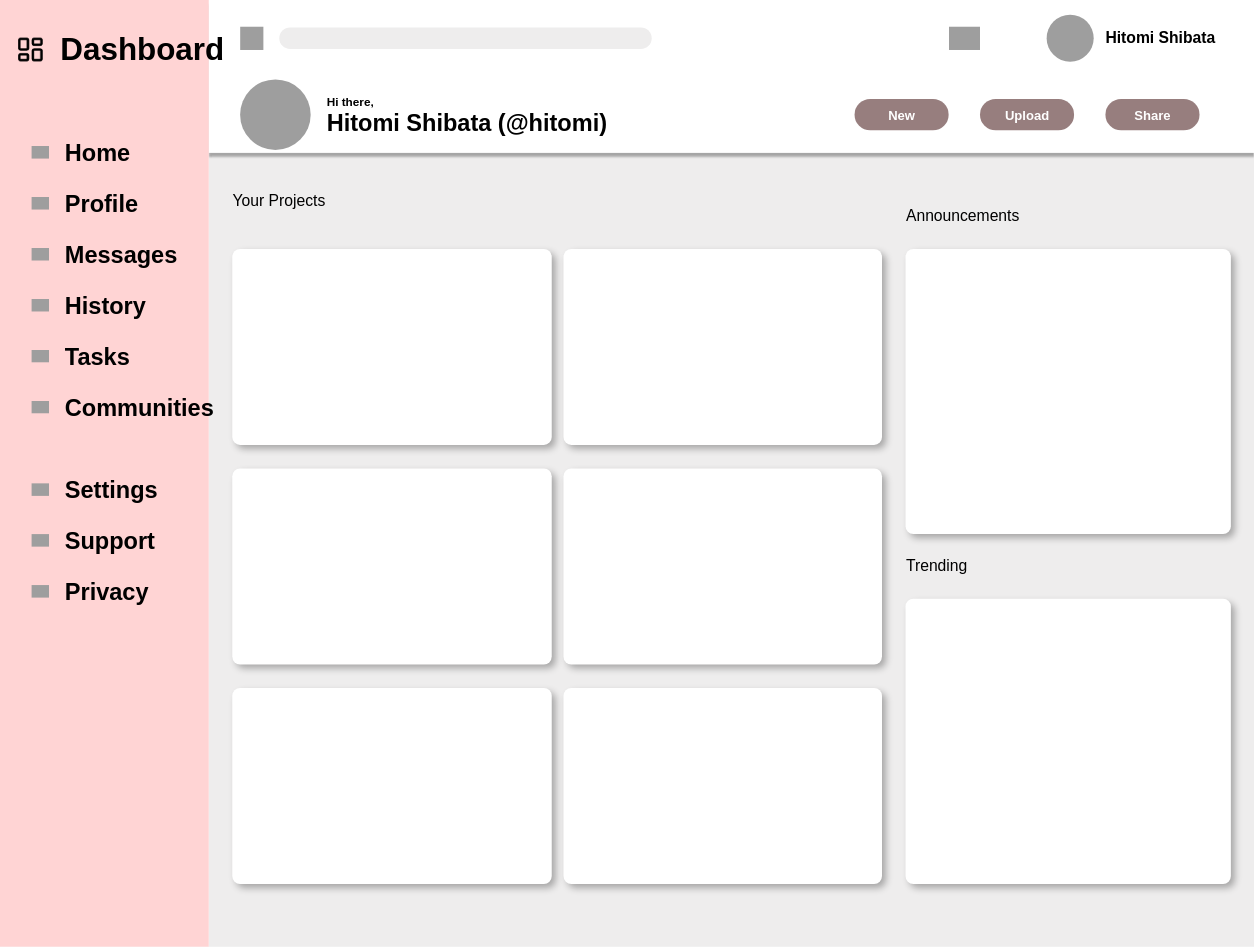
Repository: yeetzpxoci/dashboard
Page: index.html
These files come from the project's save history. The page is drawn as it stood at one moment and after the next save; the edit follows.
The browser window is 1280 px wide. The pictures show the whole page, at 98% of full size.
Pictures or frames that could not be fetched are drawn as grey boxes.

Above is the page before, as saved 2023-02-19 13:13:30.

After the next save:
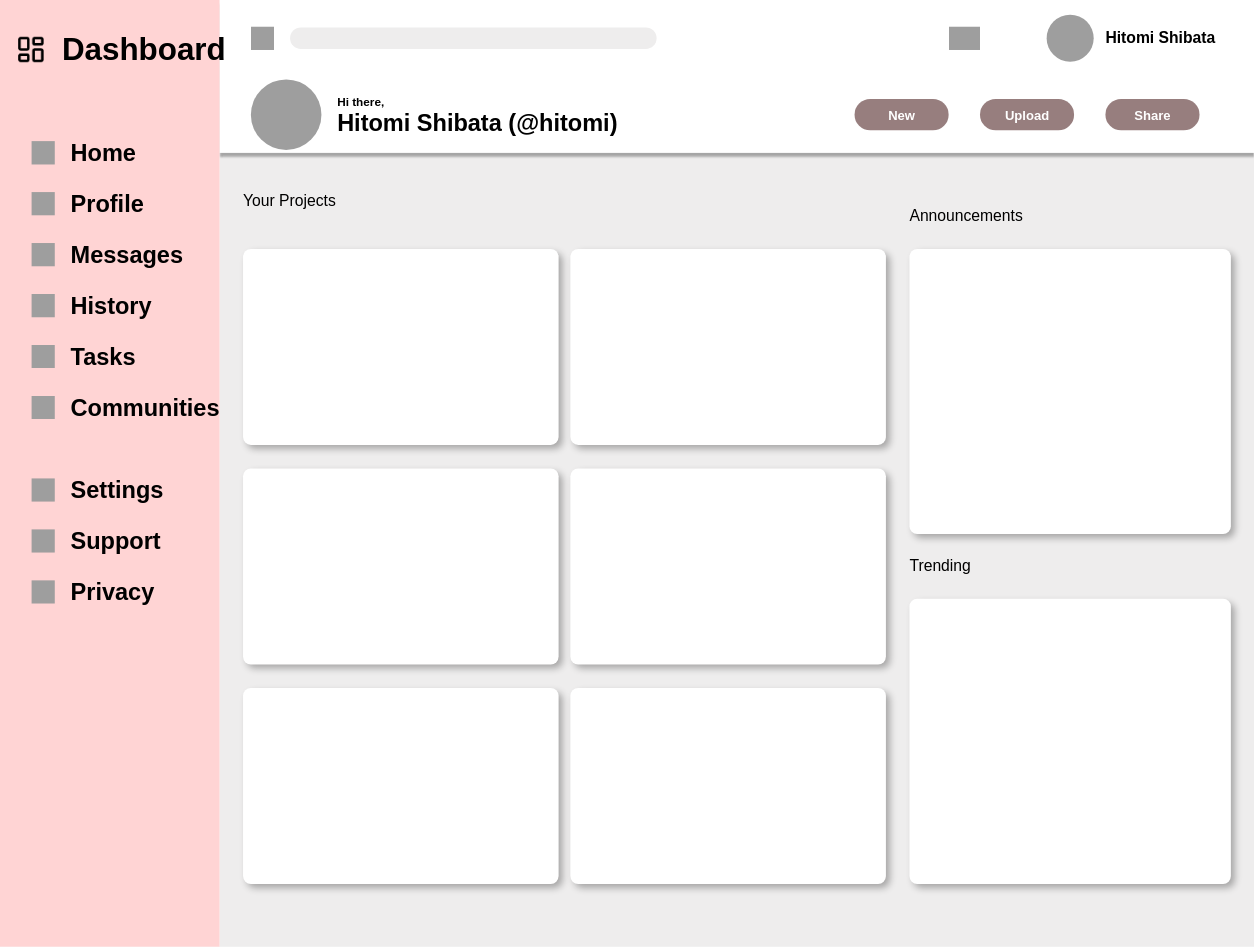
Saved 30 s later.
--- a/styles.css
+++ b/styles.css
@@ -57,7 +57,8 @@ body {
 }
 
 .icon img {
-    width: 10%;
+    width: 24px;
+    height: 24px;
 }
 
 
